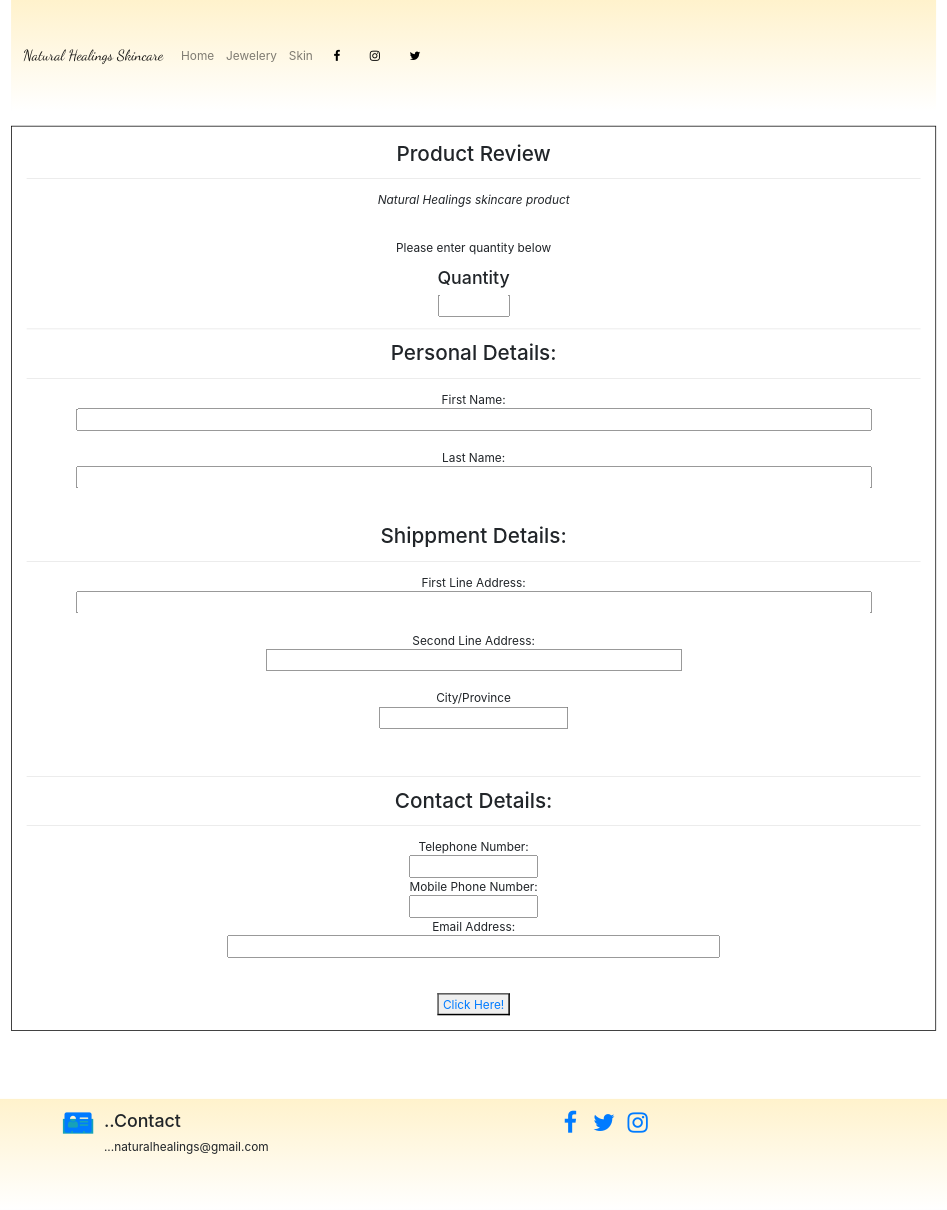
Repository: aliciarawlings/first-milestone
Page: form.html
The author's editor kept a record of every edit. The page is drawn from the files as they stood at one moment, then again after the next edit.
The browser window is 1280 px wide. The pictures show the whole page, at 74% of full size.
Some web fonts or font styles are not loaded; a fallback is used.

Above is the page before.

### form.html
<!DOCTYPE html>
<html lang="en">
<head>
    <meta charset="UTF-8">
    <meta name="viewport" content="width=device-width, initial-scale=1.0">
    <meta http-equiv="X-UA-Compatible" content="ie=edge">
    <link href="https://fonts.googleapis.com/css?family=Source+Serif+Pro&display=swap" rel="stylesheet">
    <link href="https://fonts.googleapis.com/css?family=Dancing+Script&display=swap" rel="stylesheet">
    <script src="https://code.jquery.com/jquery-3.3.1.slim.min.js" integrity="sha384-q8i/X+965DzO0rT7abK41JStQIAqVgRVzpbzo5smXKp4YfRvH+8abtTE1Pi6jizo" crossorigin="anonymous"></script>
<script src="https://cdnjs.cloudflare.com/ajax/libs/popper.js/1.14.7/umd/popper.min.js" integrity="sha384-UO2eT0CpHqdSJQ6hJty5KVphtPhzWj9WO1clHTMGa3JDZwrnQq4sF86dIHNDz0W1" crossorigin="anonymous"></script>
<script src="https://stackpath.bootstrapcdn.com/bootstrap/4.3.1/js/bootstrap.min.js" integrity="sha384-JjSmVgyd0p3pXB1rRibZUAYoIIy6OrQ6VrjIEaFf/nJGzIxFDsf4x0xIM+B07jRM" crossorigin="anonymous"></script>
    <link rel="stylesheet" href="assets/css/main.css" type="text/css" />
    <link rel="stylesheet" href="https://stackpath.bootstrapcdn.com/bootstrap/4.3.1/css/bootstrap.min.css" type="text/css" />
    <link rel="stylesheet" href="https://stackpath.bootstrapcdn.com/font-awesome/4.7.0/css/font-awesome.min.css" type="text/css" />
    <title>Form</title>

</head>
<body>
  <div class="container-fluid">
    <!-------NAVBAR------->
  <nav class="navbar navbar-expand-lg navbar-light bg-light grad">
    <a class="navbar-brand heading" href="index.html">Natural Healings Skincare</a>
    <button class="navbar-toggler collapsed" type="button" data-toggle="collapse" data-target="#navbarNav" aria-controls="navbarNav" aria-expanded="false" aria-label="Toggle navigation">
      <span class="navbar-toggler-icon"></span>
    </button>
    <div class="collapse navbar-collapse" id="navbarNav">
      <ul class="navbar-nav">
        <li class="nav-item">
          <a class="nav-link"  href="index.html">Home</a>
        </li>
        <li class="nav-item">
          <a class="nav-link"  href="jewelery.html">Jewelery</a>
        </li>
        <li class="nav-item">
          <a class="nav-link"  href="skincare.html">Skin</a>

        </li>
      </ul>
     <a class="fa fa-facebook social" href="https://www.facebook.com/naturalbeautyroomgorey/" target="_blank"></a>
     <i class="fa fa-instagram social "></i>
     <i class="fa fa-twitter social"></i>
    </div>
  </nav>
<!-------NAVBAR-END----->
<!---
  <div class="jumbotron-text-center jumbotron bg-dark">
    <h1 class="heading1"> Natural Healings Skincare</h1>
    <p class="heading1">Mother Nature by us </p>
    -

  --->
  <div class="form">



  <form>

    <h3>Product Review</h3>
    <hr>
    <p><em>Natural Healings skincare product</em></p><br>
    <p>Please enter quantity below</p>
    <h4>Quantity</h4>
    <input type="number" name="quantity" min="1" max="100"><br>
    <hr>

    <h3>Personal Details:</h3>
    <hr>
      First Name:<br>
      <input type="text"  size="100" name="firstname"><br><br>
      Last Name: <br>
      <input type="text" size="100"name="Last Name"><br>

    <br>
    <br>

    <h3>Shippment Details:</h3>
    <hr>

      First Line Address:<br>
      <input type="text" size="100" name="First line address"><br><br>

      Second Line Address:<br>
      <input type="text" size="50"name="Second Line Address"><br><br>

      City/Province<br>
      <input type="text" size"100" name="City/Province"><br>
      <br>
      <br>
      <hr>

      <h3>Contact Details:</h3>
      <hr>
      Telephone Number:<br>
      <input type="tel" size="12" name="Telephone Number"><br>

      Mobile Phone Number:<br>
      <input type="tel" size="12" name="Mobile Number"><br>

      Email Address:<br>
      <input type="email" size="60" name="email"><br>
      <br>
      <br>



    <button><a href="form2.html">Click Here!</a></button>






      </div>

      </div>
      </div>



    </div>
    </form>
    <br>
    <br>
    <br>

</body>

<!--footer-->

<footer>
     <div class="container-fluid bg-light py-3 grad ">
    <div class="container">
      <div class="row">
        <div class="col-md-7">
            <div class="row py-0">
          <div class="col-sm-1 hidden-md-down">
              <a class="bg-circle bg-info" href="#">
                <i class="fa fa-2x fa-fw fa-address-card" aria-hidden="true "></i>
              </a>
            </div>
            <div class="col-sm-11">
                <div><h4>..Contact</h4>
                    <p>...<span class="header-font"><span class="header-font"></span>naturalhealings@gmail.com</p>
                </div>
            </div>
            </div>
        </div>
        <div class="col-md-5">
          <div class="d-inline-block">
            <div class="bg-circle-outline d-inline-block">
              <a href="https://www.facebook.com/NaturalHealingsSkincare/"><i class="fa fa-2x fa-fw fa-facebook"></i>
		</a>
            </div>
            <div class="bg-circle-outline d-inline-block" >
              <a href="https://twitter.com/">
                <i class="fa fa-2x fa-fw fa-twitter"></i></a>
            </div>

            <div class="bg-circle-outline d-inline-block">
              <a href="https://www.instagram.com/natural.healings.skincare/">
                <i class="fa fa-2x fa-fw fa-instagram"></i></a>
            </div>

            </div>
          </div>
        </div>
      </div>
    </div>
    </div>
</footer>








</html>

### assets/css/main.css


/*--header+nav--*/

.bg-img {
    background:url("../images/mainlogo.png");
    min-height:700px;
    background-position: center;
    background-repeat:no-repeat;
    background-size:cover;
    position:relative;
    background-attachment:initial;
    background-size:100%;

}

.grad{
  height:150px;
  background-image:linear-gradient(#fff2cc,white);
}

.grad2{
   background-image:linear-gradient(white,#fff2cc);
}


.navfont{
  font-size:20px;
  color:black;
  text-decoration: none;
}



.social{
  color:black;
  padding:20px;

}


.social:hover{
  color:purple;
  text-decoration: none;
}





.heading{
  size:60px;
  font-family: 'Dancing Script', cursive;
  color:#996515	;

}





/*--product-display--*/

.cards{
  text-align: center;
  box-shadow: 0px 2px 4px 0px rgba(0,0,0,0.5);
  width:100%;


}


.card {
        margin: 0 auto;
        float: none;
        margin-bottom: 10px;
}



.form {
  text-align:center;
  border:solid 1px black;
  margin:20px 0;
  padding:20px;

}

img:hover {
  filter:opacity(30%);
}


.icon {
  position:fixed;
}

After the next edit:
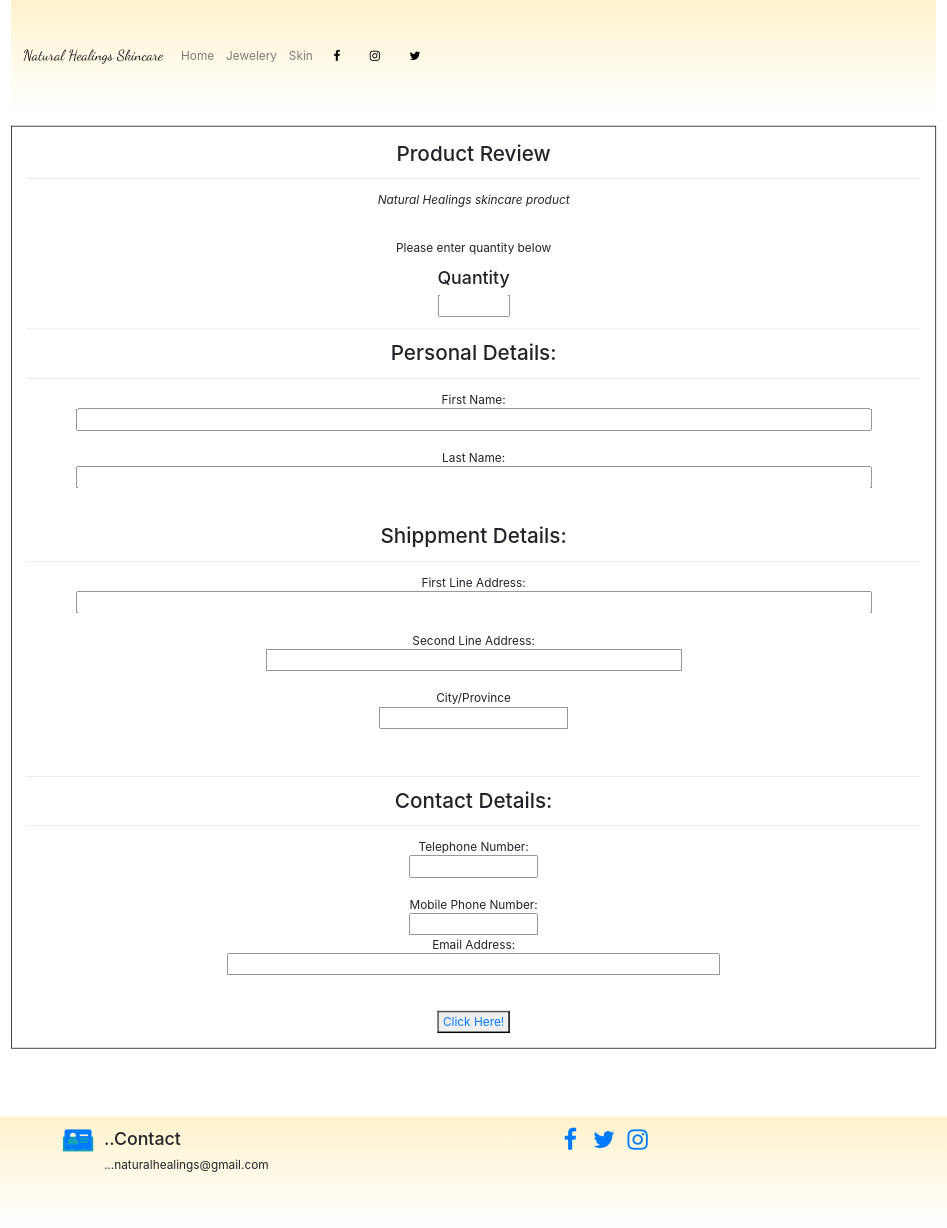
The edit:
--- a/form.html
+++ b/form.html
@@ -91,7 +91,7 @@
       <h3>Contact Details:</h3>
       <hr>
       Telephone Number:<br>
-      <input type="tel" size="12" name="Telephone Number"><br>
+      <input type="tel" size="12" name="Telephone Number"><br><br>
 
       Mobile Phone Number:<br>
       <input type="tel" size="12" name="Mobile Number"><br>
